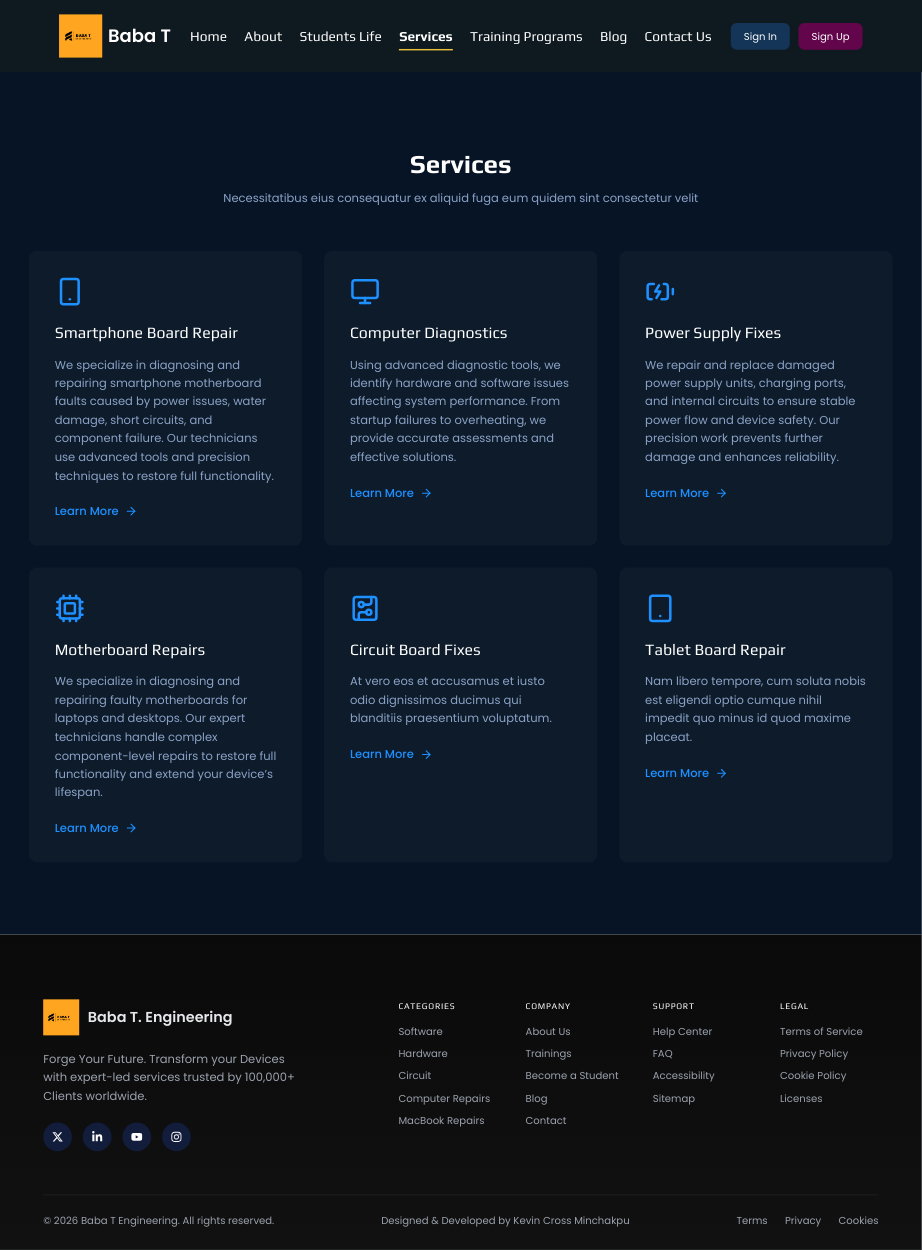
Repository: KC-Minchakpu/babatunde
Page: /services
These files come from the project's save history. The page is drawn as it stood at one moment and after the next save; the edit follows.
The browser window is 1280 px wide. The pictures show the whole page, at 72% of full size.
The project was rebuilt for these pictures with package versions that can differ from the ones it lists, and the page was loaded fresh each time. The framework's server and built-in components were replaced by stand-ins that run in the browser. Also part of the build but not shown: next.config.ts.

Above is the page before, as saved 2026-02-21 13:08:45.

### src/app/layout.tsx
import type { Metadata } from "next";
import { Play, Poppins } from "next/font/google";
import "./globals.css";
import Header from "@/components/Header/Header";
import Footer from "@/components/Footer/Footer";

const play = Play({
  variable: "--font-play",
  subsets: ["latin"],
  weight: ["400", "700"],
});

const poppins = Poppins({
  variable: "--font-poppins",
  subsets: ["latin"],
  weight: ["400", "500", "600", "700"],
});

export const metadata: Metadata = {
  title: "Baba T Engineering",
  description: "Official web app of Baba T Engineering, a leading engineering company specializing in innovative solutions and cutting-edge technology.",
};

export default function RootLayout({
  children,
}: Readonly<{
  children: React.ReactNode;
}>) {
  return (
    <html lang="en">
      <body
        className={`${play.variable} ${poppins.variable} antialiased`}
      >
        <Header />
        {children}
        <Footer />
      </body>
    </html>
  );
}

### src/app/services/page.tsx
import Services from "@/components/Services/Services";

export default function ServicesPage() {
  return (
    <>
    <Services />
    </>
  );
}

### src/app/globals.css
@import "tailwindcss";

:root {
  --background: #f2fafa;
  --foreground: #1f1e1e;
}

body {
  background: var(--background);
  color: var(--foreground);
  font-family: var(--font-poppins);
}

h1, h2, h3, h4, h5, h6 {
  font-family: var(--font-play);
}

h1 {
  color: red;
  font-size: 35px;
}

### src/components/Header/Header.tsx
"use client";

import Link from "next/link";
import Image from "next/image";
import styles from "./Header.module.css";
import { useState } from "react";
import { usePathname } from "next/navigation";

const Header = () => {
  const [isOpen, setIsOpen] = useState(false);
  const pathname = usePathname();

  const isActive = (path: string) => pathname === path;
  const isAboutActive = () => pathname.startsWith("/about");

  return (
    <header className={styles.header}>
      <div className={styles.container}>
        {/* Logo */}
        <div className={styles.logo}>
          <Link href="/">
            <Image
              src="/images/logo23.png"
              alt="Baba T Logo"
              width={60}
              height={60}
            />
          </Link>
          <span className={styles.logoText}>Baba T</span>
        </div>

        {/* Navigation */}
        <nav className={styles.nav}>
          <Link
            href="/"
            className={isActive("/") ? styles.active : ""}
          >
            Home
          </Link>

          <div
            className={styles.dropdown}
            onMouseEnter={() => setIsOpen(true)}
            onMouseLeave={() => setIsOpen(false)}
          >
            <Link
              href="/about"
              className={`${styles.dropdownToggle} ${
                isAboutActive() ? styles.active : ""
              }`}
            >
              About
            </Link>

            {isOpen && (
              <div className={styles.dropdownMenu}>
                <Link href="/about/history" className={isActive("/about/history") ? styles.active : ""}>
                  Our History
                </Link>
                <Link
                  href="/about/team"
                  className={
                    isActive("/about/team") ? styles.active : ""
                  }
                >
                  Our Team
                </Link>
                <Link href="/about/mission" className={isActive("/about/mission") ? styles.active : ""}>
                  Mission & Vision
                </Link>
                <Link href="/about/values" className={isActive("/about/values") ? styles.active : ""}>
                  Core Values
                </Link>
                <Link href="/about/careers" className={isActive("/about/careers") ? styles.active : ""}>
                  Careers
                </Link>
              </div>
            )}
          </div>

          <Link
            href="/students-life"
            className={
              isActive("/students-life") ? styles.active : ""
            }
          >
            Students Life
          </Link>

          <Link
            href="/services"
            className={isActive("/services") ? styles.active : ""}
          >
            Services
          </Link>

          <Link
            href="/training-programs"
            className={
              isActive("/training-programs") ? styles.active : ""
            }
          >
            Training Programs
          </Link>

          <Link
            href="/blog"
            className={isActive("/blog") ? styles.active : ""}
          >
            Blog
          </Link>

          <Link
            href="/contact"
            className={isActive("/contact") ? styles.active : ""}
          >
            Contact Us
          </Link>
        </nav>

        {/* Auth Buttons */}
        <div className={styles.actions}>
          <button className={styles.signIn}>Sign In</button>
          <button className={styles.signUp}>Sign Up</button>
        </div>
      </div>
    </header>
  );
};

export default Header;

### src/components/Footer/Footer.tsx
"use client";

import Image from "next/image";
import styles from "./Footer.module.css";
import {
  FaXTwitter,
  FaLinkedinIn,
  FaYoutube,
  FaInstagram
} from "react-icons/fa6";

export default function Footer() {
  return (
    <footer className={styles.footer}>
      <div className={styles.container}>
        <div className={styles.topSection}>

          {/* LEFT BRAND AREA */}
          <div className={styles.brand}>
            <div className={styles.logo}>
              <Image
                src="/images/logo23.png"
                alt="Baba T Logo"
                width={50}
                height={50}
              />
              <span>Baba T. Engineering</span>
            </div>

            <p>
              Forge Your Future. Transform your Devices with expert-led services
              trusted by 100,000+ Clients worldwide.
            </p>

            {/* SOCIAL ICONS */}
            <div className={styles.socials}>
              <a href="#" aria-label="Twitter">
                <FaXTwitter />
              </a>
              <a href="#" aria-label="LinkedIn">
                <FaLinkedinIn />
              </a>
              <a href="#" aria-label="YouTube">
                <FaYoutube />
              </a>
              <a href="#" aria-label="Instagram">
                <FaInstagram />
              </a>
            </div>
          </div>

          {/* LINKS GRID */}
          <div className={styles.linksGrid}>
            <div>
              <h4>CATEGORIES</h4>
              <a>Software</a>
              <a>Hardware</a>
              <a>Circuit</a>
              <a>Computer Repairs</a>
              <a>MacBook Repairs</a>
            </div>

            <div>
              <h4>COMPANY</h4>
              <a>About Us</a>
              <a>Trainings</a>
              <a>Become a Student</a>
              <a>Blog</a>
              <a>Contact</a>
            </div>

            <div>
              <h4>SUPPORT</h4>
              <a>Help Center</a>
              <a>FAQ</a>
              <a>Accessibility</a>
              <a>Sitemap</a>
            </div>

            <div>
              <h4>LEGAL</h4>
              <a>Terms of Service</a>
              <a>Privacy Policy</a>
              <a>Cookie Policy</a>
              <a>Licenses</a>
            </div>
          </div>
        </div>

        <div className={styles.divider}></div>

        <div className={styles.bottomBar}>
          <p>© 2026 Baba T Engineering. All rights reserved.</p>
          <p>Designed & Developed by Kevin Cross Minchakpu</p>

          <div className={styles.bottomLinks}>
            <a>Terms</a>
            <a>Privacy</a>
            <a>Cookies</a>
          </div>
        </div>
      </div>
    </footer>
  );
}

### src/components/Services/Services.tsx
"use client";

import styles from "./Services.module.css";
import {
  Smartphone,
  Monitor,
  BatteryCharging,
  Cpu,
  CircuitBoard,
  Tablet,
  ArrowRight,
} from "lucide-react";

const services = [
  {
    title: "Smartphone Board Repair",
    description:
      "We specialize in diagnosing and repairing smartphone motherboard faults caused by power issues, water damage, short circuits, and component failure. Our technicians use advanced tools and precision techniques to restore full functionality.",
    icon: Smartphone,
  },
  {
    title: "Computer Diagnostics",
    description:
      "Using advanced diagnostic tools, we identify hardware and software issues affecting system performance. From startup failures to overheating, we provide accurate assessments and effective solutions.",
    icon: Monitor,
  },
  {
    title: "Power Supply Fixes",
    description:
      "We repair and replace damaged power supply units, charging ports, and internal circuits to ensure stable power flow and device safety. Our precision work prevents further damage and enhances reliability.",
    icon: BatteryCharging,
  },
  {
    title: "Motherboard Repairs",
    description:
      "We specialize in diagnosing and repairing faulty motherboards for laptops and desktops. Our expert technicians handle complex component-level repairs to restore full functionality and extend your device’s lifespan.",
    icon: Cpu,
  },
  {
    title: "Circuit Board Fixes",
    description:
      "At vero eos et accusamus et iusto odio dignissimos ducimus qui blanditiis praesentium voluptatum.",
    icon: CircuitBoard,
  },
  {
    title: "Tablet Board Repair",
    description:
      "Nam libero tempore, cum soluta nobis est eligendi optio cumque nihil impedit quo minus id quod maxime placeat.",
    icon: Tablet,
  },
];

export default function Services() {
  return (
    <section className={styles.services}>
      <div className={styles.container}>
        <h2 className={styles.title}>Services</h2>

        <p className={styles.subtitle}>
          Necessitatibus eius consequatur ex aliquid fuga eum quidem sint
          consectetur velit
        </p>

        <div className={styles.grid}>
          {services.map((service, index) => {
            const Icon = service.icon;

            return (
              <div key={index} className={styles.card}>
                <Icon className={styles.icon} size={42} />

                <h3>{service.title}</h3>

                <p>{service.description}</p>

                <a href="#" className={styles.link}>
                  Learn More <ArrowRight size={18} />
                </a>
              </div>
            );
          })}
        </div>
      </div>
    </section>
  );
}

### src/components/Header/Header.module.css
.header {
  width: 100%;
  height: 100px;
  background: #0F1A20;
  padding: 20px;
  position: sticky;
  top: 0;
  z-index: 1000;
}

.container {
  width: 90%;
  margin: 0 auto;
  display: flex;
  align-items: center;
  justify-content: space-between;
}

/* Logo */
.logo {
  display: flex;
  align-items: center;
  gap: 8px;
  cursor: pointer;
}

.logoCircle {
  width: 40px;
  height: 40px;
  border-radius: 50%;
  background: linear-gradient(135deg, #8e2de2, #4a00e0);
  display: flex;
  align-items: center;
  justify-content: center;
  color: white;
  font-weight: bold;
}

.logoText {
  font-size: 25px;
  font-weight: 600;
  color: #ffffff;
  font-family: "Poppins", sans-serif;
}

/* Nav */
.nav {
  display: flex;
  align-items: center;
  gap: 24px;
  font-family: 'Play', sans-serif;

}

.nav a,
.dropdownToggle {
  color: #ffffff;
  text-decoration: none;
  font-size: 19px;
  cursor: pointer;
  position: relative;
  transition: color 0.3s ease;
}

.nav a:hover,
.dropdownToggle:hover {
  color: #FFD23F;
}

/* Dropdown */
.dropdown {
  position: relative;
}

.dropdownMenu {
  position: absolute;
  width: 250px;
  top: 35px;
  left: 0;
  background: #0F1A20;
  border-radius: 8px;
  padding: 10px 0;
  min-width: 180px;
  box-shadow: 0 10px 25px rgba(0, 0, 0, 0.15);
  display: flex;
  flex-direction: column;
}

.dropdownMenu a {
  padding: 10px 16px;
  color: #ffffff;
  font-size: 19px;
  text-decoration: none;
  transition: background 0.2s ease;
}

.dropdownMenu a:hover {
  color: #FFD23F;
}

/* Buttons */
.actions {
  display: flex;
  gap: 12px;
}

.signIn {
  padding: 8px 18px;
  border-radius: 8px;
  border: none;
  cursor: pointer;
  color: white;
  background: #143458;
  font-size: 14px;
}

.signUp {
  padding: 8px 18px;
  border-radius: 8px;
  border: none;
  cursor: pointer;
  color: white;
  background: #63054b;
  font-size: 14px;
}

/* Responsive */
@media (max-width: 1024px) {
  .nav {
    display: none;
  }
}

.active {
  color: #f1b32b;
  font-weight: 600;
  position: relative;
}

.active::after {
  content: "";
  position: absolute;
  left: 0;
  bottom: -6px;
  width: 100%;
  height: 2px;
  background-color: #e9c03a;
}

### src/components/Footer/Footer.module.css
.footer {
  background: linear-gradient(
    180deg,
    #0a0a0a,
    #111111
  );
  color: #e5e7eb;
  padding: 90px 0 30px;
}

.container {
  max-width: 1200px;
  margin: 0 auto;
  padding: 0 20px;
}

/* TOP SECTION */
.topSection {
  display: flex;
  justify-content: space-between;
  gap: 60px;
}

/* BRAND */
.brand {
  flex: 1.3;
}

.logo {
  display: flex;
  align-items: center;
  gap: 12px;
  font-weight: 600;
  font-size: 20px;
  margin-bottom: 20px;
}

.logoBox {
  width: 34px;
  height: 34px;
  border-radius: 10px;
  background: linear-gradient(135deg, #14b8a6, #f97316);
}

.brand p {
  color: #9ca3af;
  line-height: 1.6;
  margin-bottom: 24px;
  max-width: 350px;
}

/* =========================
   SOCIAL ICONS
========================= */
.socials {
  display: flex;
  gap: 15px;
  margin-top: 20px;
}

.socials a {
  width: 40px;
  height: 40px;
  background: #121c3b;
  border-radius: 50%;
  display: flex;
  align-items: center;
  justify-content: center;
  color: #ffffff;
  font-size: 16px;
  transition: all 0.3s ease;
}

.socials a:hover {
  background: #f8af28;
  transform: translateY(-4px);
}


/* LINKS GRID */
.linksGrid {
  flex: 2;
  display: grid;
  grid-template-columns: repeat(4, 1fr);
  gap: 40px;
}

.linksGrid h4 {
  font-size: 12px;
  letter-spacing: 1px;
  margin-bottom: 16px;
  color: #ffffff;
}

.linksGrid a {
  display: block;
  font-size: 14px;
  color: #9ca3af;
  margin-bottom: 10px;
  cursor: pointer;
  transition: color 0.3s ease;
}

.linksGrid a:hover {
  color: #ffffff;
}

/* DIVIDER */
.divider {
  height: 1px;
  background: rgba(255, 255, 255, 0.08);
  margin: 60px 0 25px;
}

/* BOTTOM BAR */
.bottomBar {
  display: flex;
  justify-content: space-between;
  align-items: center;
  font-size: 14px;
  color: #9ca3af;
}

.bottomLinks {
  display: flex;
  gap: 24px;
}

.bottomLinks a {
  cursor: pointer;
  transition: color 0.3s ease;
}

.bottomLinks a:hover {
  color: white;
}

/* RESPONSIVE */
@media (max-width: 1024px) {
  .topSection {
    flex-direction: column;
    gap: 50px;
  }

  .linksGrid {
    grid-template-columns: repeat(2, 1fr);
  }

  .bottomBar {
    flex-direction: column;
    gap: 15px;
    text-align: center;
  }
}

@media (max-width: 600px) {
  .linksGrid {
    grid-template-columns: 1fr;
  }
}

### src/components/Services/Services.module.css
.services {
  background: #071426;
  padding: 100px 20px;
  color: white;
}

.container {
  max-width: 1200px;
  margin: auto;
  text-align: center;
}

.title {
  font-size: 36px;
  font-weight: 700;
  margin-bottom: 10px;
}

.subtitle {
  color: #8ca3c7;
  margin-bottom: 60px;
}

.grid {
  display: grid;
  grid-template-columns: repeat(auto-fit, minmax(320px, 1fr));
  gap: 30px;
}

.card {
  background: #0d1b2a;
  padding: 35px;
  border-radius: 12px;
  text-align: left;

  transition: all 0.3s ease;

  border: 1px solid transparent;
}

.card:hover {
  transform: translateY(-8px);
  border-color: #1e90ff;
}

.icon {
  color: #1e90ff;
  margin-bottom: 20px;

}

.card h3 {
  margin-bottom: 15px;
  font-size: 22px;
}

.card p {
  color: #8ca3c7;
  margin-bottom: 25px;
  line-height: 1.6;
}

.link {
  display: inline-flex;
  align-items: center;
  gap: 8px;

  color: #1e90ff;
  text-decoration: none;
  font-weight: 500;
}

.link:hover {
  text-decoration: underline;
}

After the next save:
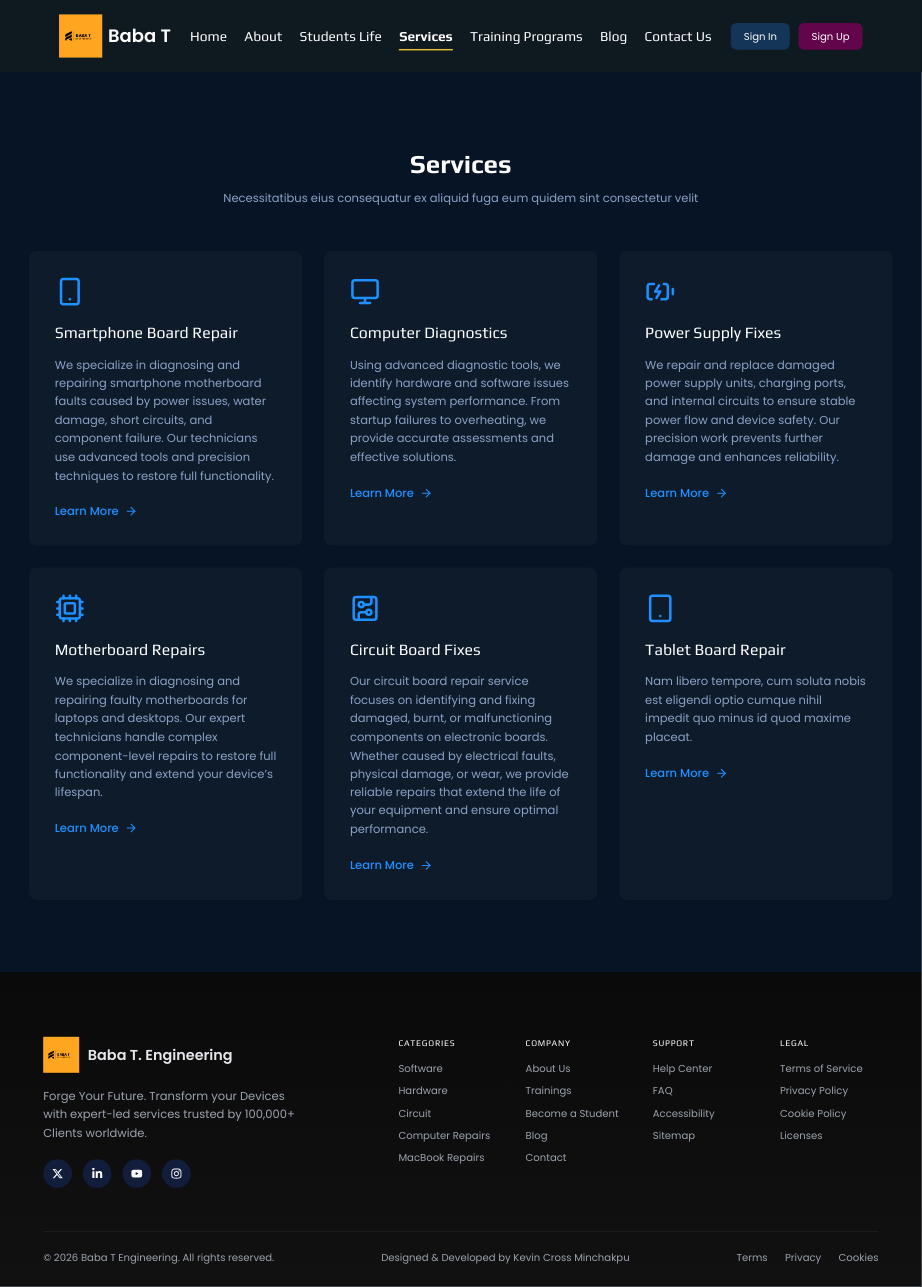
Saved 56 s later.
--- a/src/components/Services/Services.tsx
+++ b/src/components/Services/Services.tsx
@@ -39,7 +39,7 @@ const services = [
   {
     title: "Circuit Board Fixes",
     description:
-      "At vero eos et accusamus et iusto odio dignissimos ducimus qui blanditiis praesentium voluptatum.",
+      "Our circuit board repair service focuses on identifying and fixing damaged, burnt, or malfunctioning components on electronic boards. Whether caused by electrical faults, physical damage, or wear, we provide reliable repairs that extend the life of your equipment and ensure optimal performance.",
     icon: CircuitBoard,
   },
   {
